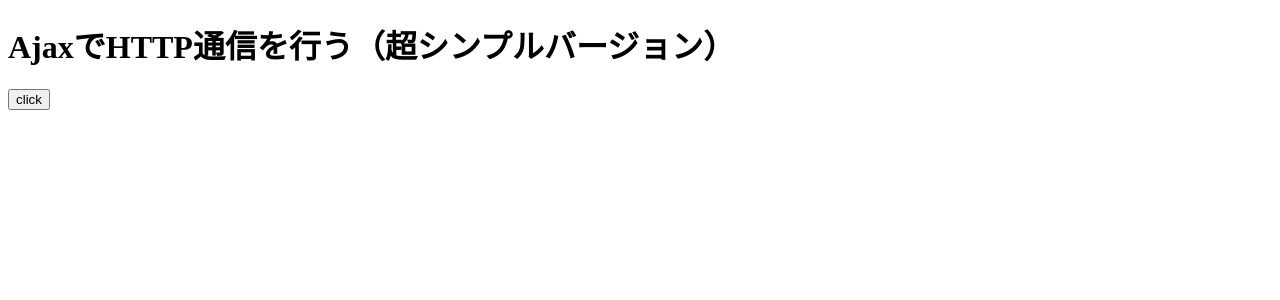
Repository: nguyenvantandev/WebApp
Page: http://localhost/AjaxExample/
The author's editor kept a copy of each file at every save. The page is drawn from the files as they stood at one save, then again after the next save.
The browser window is 1280 px wide. The pictures show the whole page.
Some web libraries are served in a nearby version. The page is served by Tomcat 9.

Above is the page before, as saved 2016-06-23 01:14:10.

### AjaxExample/WebContent/example.jsp
<%@ page language="java" contentType="text/html; charset=UTF-8"
    pageEncoding="UTF-8"%>
<!DOCTYPE html PUBLIC "-//W3C//DTD HTML 4.01 Transitional//EN" "http://www.w3.org/TR/html4/loose.dtd">
<html>
<head>
<meta http-equiv="Content-Type" content="text/html; charset=UTF-8">
<title>AjaxでHTTP通信を行う</title>
<link href="http://code.jquery.com/ui/1.9.2/themes/base/jquery-ui.css" rel="stylesheet" type="text/css"/>
<script src="http://ajax.googleapis.com/ajax/libs/jquery/1.9.0/jquery.min.js" type="text/javascript" ></script>
<script src="http://ajax.googleapis.com/ajax/libs/jqueryui/1.9.2/jquery-ui.min.js" type="text/javascript"></script>

<!-- スクリプト部分 -->
<script type="text/javascript">
    $( function() {
        $( '#ajax-button' ) .click(
        function() {
            $.ajax({
              url: 'http://localhost:8080/EmployeeInfoSystem/',
              type:'GET',
              dataType: 'jsonp',
              timeout:1000,
              success: function(data) {
                           alert("ok");
                       },
              error: function(data) {
                           alert("ng");
                     }
            });
        });
    } );
</script>

</head>

<!-- HTML部分 -->
<body>

<h1>AjaxでHTTP通信を行う（超シンプルバージョン）</h1>
<p><input type="button" id="ajax-button" value="click" /> <br />

</body>
</html>

After the next save:
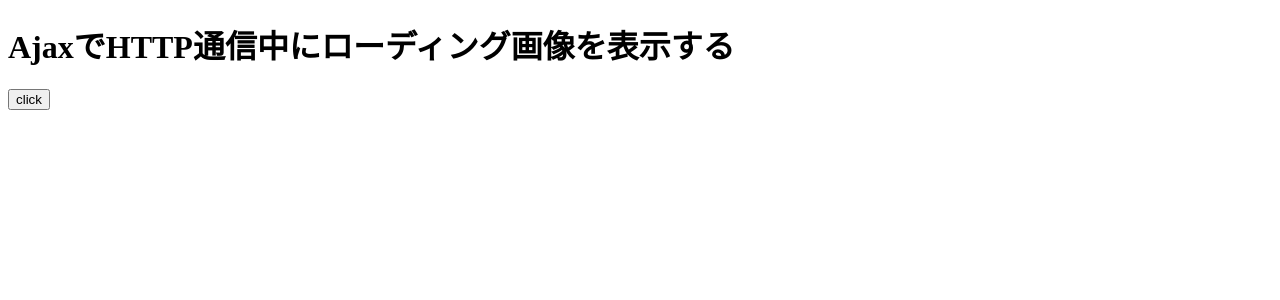
Saved 2 min 4 s later.
--- a/AjaxExample/WebContent/example.jsp
+++ b/AjaxExample/WebContent/example.jsp
@@ -14,16 +14,21 @@
     $( function() {
         $( '#ajax-button' ) .click(
         function() {
+            $("#loading").html("<img src='./gif-load.gif'/>");
             $.ajax({
-              url: 'http://localhost:8080/EmployeeInfoSystem/',
+              url: 'http://localhost:8080/AplExample/family',
               type:'GET',
               dataType: 'jsonp',
-              timeout:1000,
+              timeout:10000,
               success: function(data) {
                            alert("ok");
                        },
               error: function(data) {
                            alert("ng");
+                     },
+              complete : function(data) {
+                          $("#loading").empty();
+                          $("#loading").html("<p>通信終了</p>");
                      }
             });
         });
@@ -35,8 +40,9 @@
 <!-- HTML部分 -->
 <body>
 
-<h1>AjaxでHTTP通信を行う（超シンプルバージョン）</h1>
+<h1>AjaxでHTTP通信中にローディング画像を表示する</h1>
 <p><input type="button" id="ajax-button" value="click" /> <br />
+<div id="loading" />
 
 </body>
 </html>
